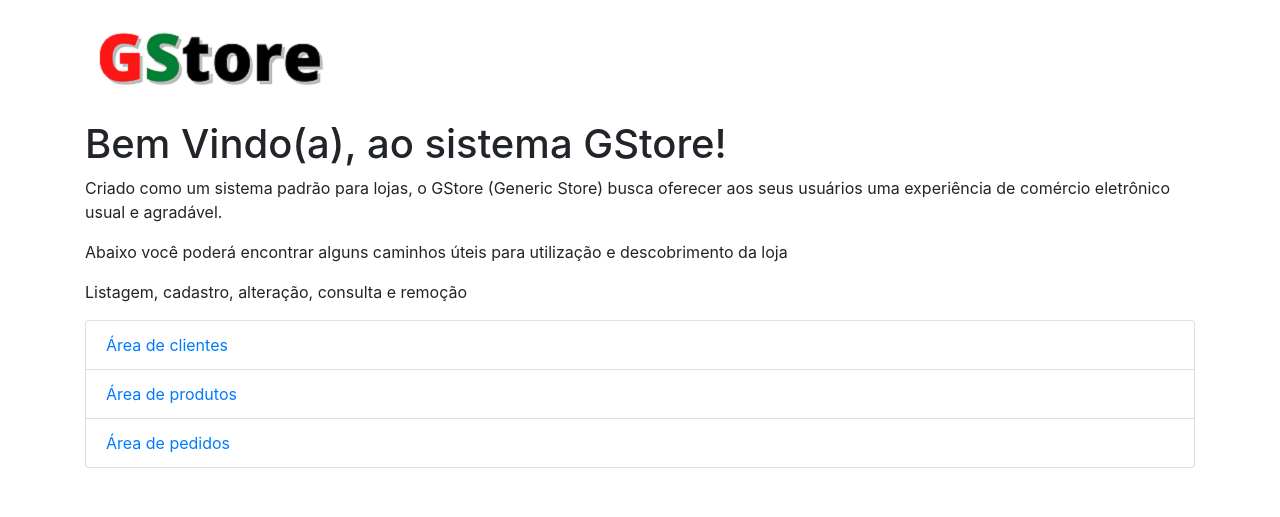
Repository: ElizeusRamos/gstore
Page: GStoreWorkspace/GStoreWeb/WebContent/index.html
These files come from the project's save history. The page is drawn as it stood at one moment and after the next save; the edit follows.
The browser window is 1280 px wide. The pictures show the whole page.

Above is the page before, as saved 2022-05-29 14:20:16.

### GStoreWorkspace/GStoreWeb/WebContent/index.html
<!DOCTYPE html>
<html>
	<head>
		<meta charset="ISO-8859-1">
		<title>Página Default</title>

		<link rel="stylesheet" type="text/css" href="styles/bootstrap.min.css" media="screen" />
		<script type="text/javascript" src="scripts/jquery.min.js"></script>
		<script type="text/javascript" src="scripts/popper.min.js"></script>
		<script type="text/javascript" src="scripts/bootstrap.min.js"></script>
		<script type="text/javascript" src="scripts/jquery.mask.min.js"></script>
	</head>
	<body>
	<div class="container">
		<div>
			<img src="assets/GStore.png" class="img-fluid" alt="gstore logotipo">
		</div>
		<h1>Bem Vindo(a), ao sistema GStore!</h1>
			<p>
				Criado como um sistema padrão para lojas, o GStore (Generic Store) busca oferecer aos seus usuários
				uma experiência de comércio eletrônico usual e agradável.
			</p>
			<p>
				Abaixo você poderá encontrar alguns caminhos úteis para utilização e descobrimento da loja
			</p>
			<p>
				Listagem, cadastro, alteração, consulta e remoção
				<ul class="list-group">
					<li class="list-group-item"><a href="ClienteController">Área de clientes</a></li>
					<li class="list-group-item"><a href="ProdutoController">Área de produtos</a></li>
					<li class="list-group-item"><a href="PedidoController">Área de pedidos</a></li>
				</ul>
			</p>
	</div>

	</body>
</html>

Loaded but not shown: GStoreWorkspace/GStoreWeb/WebContent/styles/bootstrap.min.css (library); GStoreWorkspace/GStoreWeb/WebContent/scripts/jquery.min.js (library); GStoreWorkspace/GStoreWeb/WebContent/scripts/popper.min.js (library); GStoreWorkspace/GStoreWeb/WebContent/scripts/bootstrap.min.js (library); GStoreWorkspace/GStoreWeb/WebContent/scripts/jquery.mask.min.js (library)

After the next save:
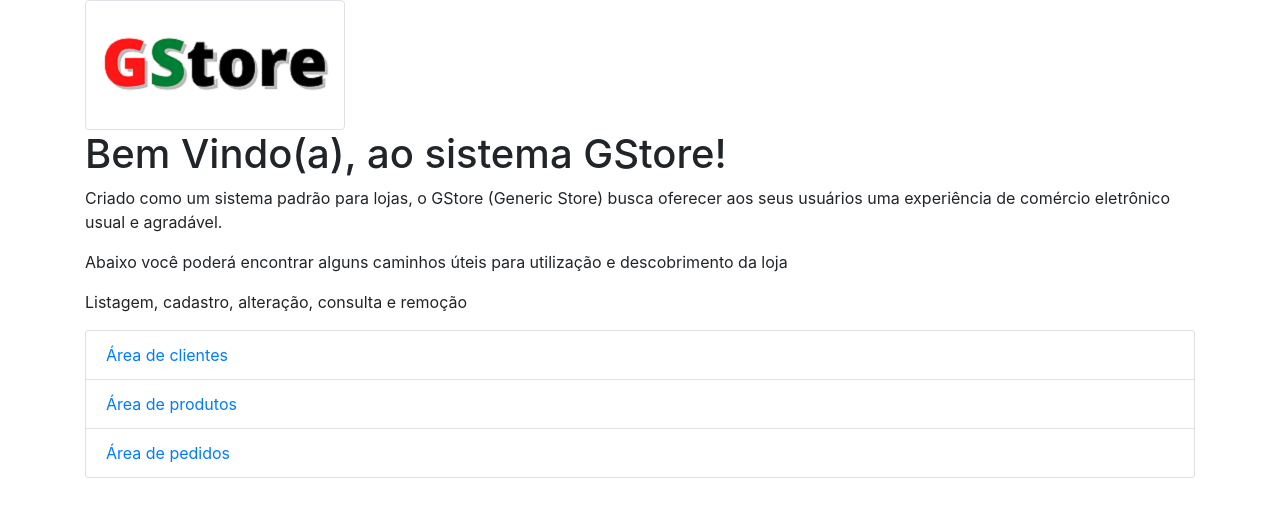
Saved 53 s later.
--- a/GStoreWorkspace/GStoreWeb/WebContent/index.html
+++ b/GStoreWorkspace/GStoreWeb/WebContent/index.html
@@ -13,7 +13,7 @@
 	<body>
 	<div class="container">
 		<div>
-			<img src="assets/GStore.png" class="img-fluid" alt="gstore logotipo">
+			<img src="assets/GStore.png" class="img-thumbnail" alt="gstore logotipo">
 		</div>
 		<h1>Bem Vindo(a), ao sistema GStore!</h1>
 			<p>
